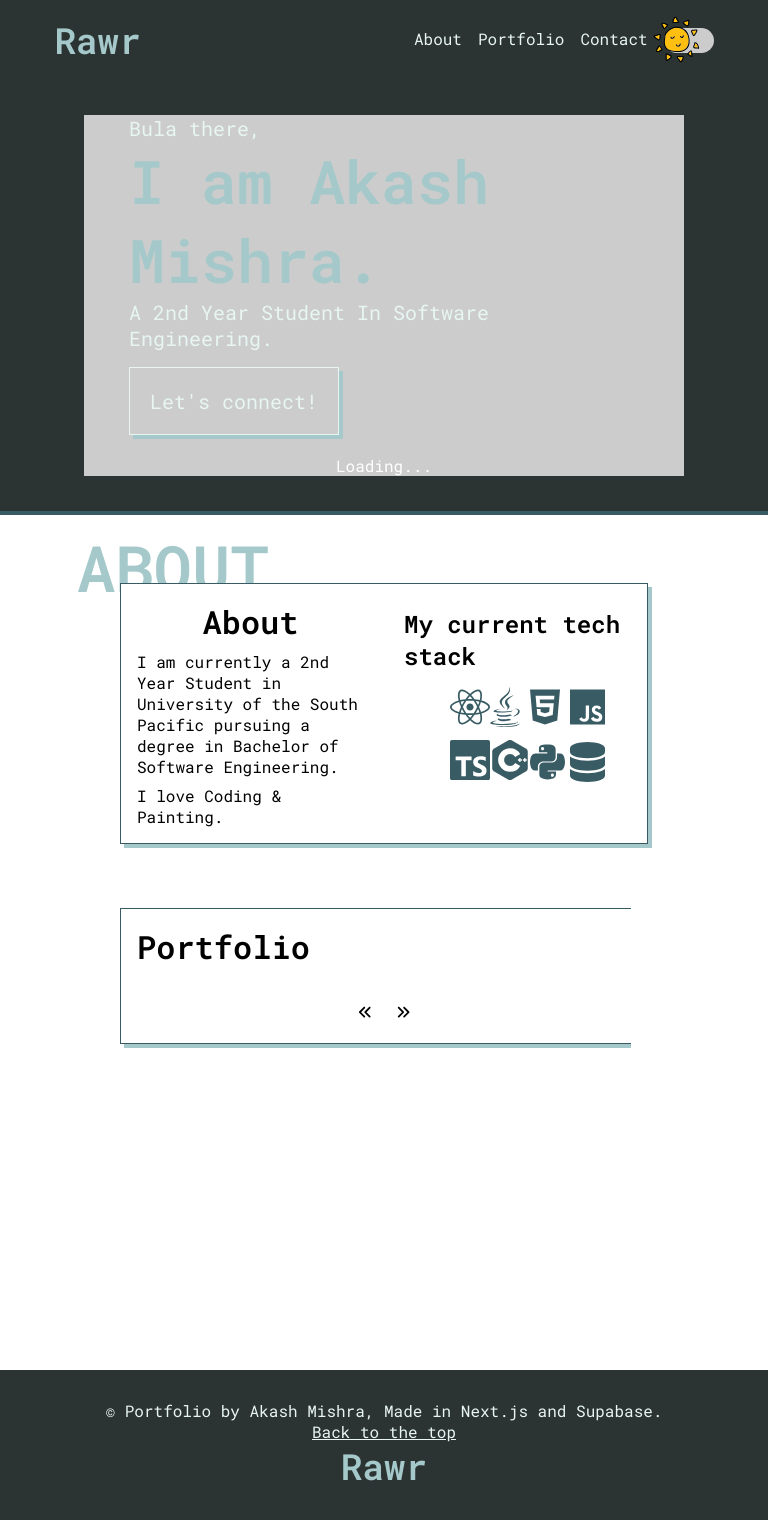
Repository: akashrawr/personal-portfolio
Page: /
The author's editor kept a copy of each file at every save. The page is drawn from the files as they stood at one save, then again after the next save.
The browser window is 768 px wide. The pictures show the whole page.
The page's requests for data from a server got no answer. The project was rebuilt for these pictures with package versions that can differ from the ones it lists, and the page was loaded fresh each time. The framework's server and built-in components were replaced by stand-ins that run in the browser. No one was signed in, and anything a server would have sent is missing. Also part of the build but not shown: next.config.ts.

Above is the page before, as saved 2025-01-03 20:50:31.

### app/layout.tsx
import type { Metadata } from "next";
import { Geist, Geist_Mono } from "next/font/google";
import "./globals.css";

const geistSans = Geist({
  variable: "--font-geist-sans",
  subsets: ["latin"],
});

const geistMono = Geist_Mono({
  variable: "--font-geist-mono",
  subsets: ["latin"],
});

export const metadata: Metadata = {
  title: "akashrawr",
  description: "Personal Portfolio",
};

export default function RootLayout({
  children,
}: Readonly<{
  children: React.ReactNode;
}>) {
  return (
    <html lang="en" translate="no"> {/* Prevent translation of the entire page */}
      <head>
        <meta charSet="UTF-8" />
        <meta httpEquiv="Content-Language" content="en" /> {/* Explicitly set content language */}
        <meta name="google" content="notranslate" /> {/* Inform Google to not translate */}
        <link rel="icon" href="/rawr.ico" type="image/x-icon" />
        <title>akashrawr</title>
        <meta name="description" content="My Personal Portfolio" />
      </head>
      <body className={`${geistSans.variable} ${geistMono.variable} antialiased`}>
        <div className="notranslate">
          {children}
        </div>
      </body>
    </html>
  );
}

### app/page.tsx
"use client"; // Enables client-side functionality
import React, { useState, useEffect } from "react";
import AOS from "aos";
import "aos/dist/aos.css";
import "./globals.css"; // Import global styles

// Import components
import Header from "./components/Header";
import Hero from "./components/Hero";
import About from "./components/About";
import Portfolio from "./components/Portfolio";
import Contact from "./components/Contact";
import Footer from "./components/Footer";

const Page: React.FC = () => {
  useEffect(() => {
    AOS.init({ once: true, delay: 0 });
  }, []);

  const [isNavVisible, setIsNavVisible] = useState(false);
  const [darkMode, setDarkMode] = useState(false);

  const toggleNav = () => {
    setIsNavVisible(!isNavVisible);
  };

  const toggleDarkMode = () => {
    setDarkMode(!darkMode);
    document.body.classList.toggle("dark-mode", !darkMode);
  };

  return (
    <div>
      <Header
        isNavVisible={isNavVisible}
        toggleNav={toggleNav}
        darkMode={darkMode}
        toggleDarkMode={toggleDarkMode}
      />
      <main>
        <Hero />
        <About />
        <Portfolio />
        <Contact />
      </main>
      <Footer />
    </div>
  );
};

export default Page;

### app/globals.css
@import url("https://fonts.googleapis.com/css2?family=Roboto+Mono:wght@300;400;600&display=swap");

:root {
  --primary-color: #2c3333;
  --secondary-color: #395b64;
  --accent-1: #a5c9ca;
  --accent-2: #e7f6f2;
  --neutral-1: black;
  --neutral-2: white;
  --neutral-3: white;
  --neutral-4: black;
  --icon-1: #395b64;

  --dark-primary-color: #121212;
  --dark-secondary-color: #1f1f1f;
  --dark-accent-1: #6c757d;
  --dark-accent-2: #adb5bd;
  --dark-neutral-1: #ffffff;
  --dark-neutral-2: #121212;
  --dark-neutral-3:#1f1f1f;
  --dark-neutral-4: #938f8f;
  --dark-icon-1: #938f8f;

}

*,
*::after,
*::before {
  margin: 0;
  padding: 0;
  font-family: "Roboto Mono", monospace;
  box-sizing: border-box;


}

html {
  scroll-behavior: smooth;
}

body {
  overflow-x: hidden;
  background-color: var(--neutral-3);
  color: var(--neutral-1);
  font-family: "Roboto Mono", monospace;
}

body.dark-mode {
  --primary-color: var(--dark-primary-color);
  --secondary-color: var(--dark-secondary-color);
  --accent-1: var(--dark-accent-1);
  --accent-2: var(--dark-accent-2);
  --neutral-1: var(--dark-neutral-1);
  --neutral-2: var(--dark-neutral-2);
  --neutral-3: var(--dark-neutral-3);
  --neutral-4: var(--dark-neutral-4);
  --icon-1:var(--dark-icon-1);
}


/* Navbar styles */

header {
  display: flex;
  align-items: center;
  justify-content: center;

  max-width: 100vw;
  background-color: var(--primary-color);
}

a {
  font-size: 14px;
  text-decoration: none;
}

h1 {
  font-family: "Roboto Mono", monospace;
}

.navbar-nav {
  display: flex;
  align-items: center;
  justify-content: space-between;
  background-color: var(--primary-color);
  padding: 1rem;
  width: 90%;
}

.nav-logo {
  grid-column: 1;
}

.nav-logo > h1 {
  font-size: 30px;
  color: var(--accent-1);
}

.primary-nav {
  display: flex;
  list-style: none;
  gap: 16px;

  grid-column: 2;
  justify-self: end;
}

.mobile-nav-toggle {
  display: none;
  cursor: pointer;
}

.nav-link:link,
.nav-link:visited {
  font-size: 16px;
  color: var(--accent-2);

  transition: 300ms ease-in-out;
}

.nav-link:hover {
  font-weight: 600;
  color: var(--accent-1);
}

.user-icon {
  width: 24px;
  height: 24px;
  fill: var(--accent-1);
  transition: fill 0.3s ease;
}

.user-icon:hover {
  fill: var(--accent-1);
}

/* Dark mode toggle button */
.theme-toggle {
  background: none;
  border: none;
  cursor: pointer;
  padding: 8px;
  display: flex;
  align-items: center;
}

.nav-icons {
  --size: 30px;
  width: var(--size);
  aspect-ratio: 1;
  cursor: pointer;
}



@media only screen and (max-width: 35em) {
  .primary-nav {
    position: fixed;
    top: 0;
    right: 0;
    bottom: 0;
    width: 125px;

    flex-direction: column;
    padding: min(15vh, 3rem) 1rem;
    background-color: var(--primary-color);
    border-left: 2px solid rgb(111, 111, 111); /* Add this line for the left border */

    z-index: 9999;

    transform: translateX(100%);
    transition: transform 350ms ease-out;
  }


  .nav-link:link,
  .nav-link:visited {
    font-size: 15px;
    color: var(--accent-1);
  }

  .primary-nav[data-visible="true"] {
    transform: translateX(0%);
  }

  .mobile-nav-toggle[aria-expanded="true"] {
    background: url('data:[embedded picture, 416 characters]') center center no-repeat;
  }

  .mobile-nav-toggle {
    display: block;
    position: absolute;
    background: url('data:[embedded picture, 417 characters]') center center no-repeat;

    width: 1.25rem;
    aspect-ratio: 1;

    border: none;

    top: 1.4rem;
    right: 2.5rem;
    z-index: 10000;

    transition: 250ms ease-in-out;
  }
}

/* Section styles */

section {
  display: flex;
  align-items: center;
  justify-content: center;

  max-width: 100vw;
  position: relative;
}

/* HERO SECTION */
#hero {
  background-color: var(--primary-color);
  border-bottom: 4px solid var(--icon-1);
  padding: 2.2rem;
}

/* Main container for text and image */
.hero-main-container {
  display: flex;
  flex-wrap: wrap;
  align-items: center;
  justify-content: space-between;
  gap: 16px;
}

/* Text Container */
.hero-container {
  flex: 1;
  display: flex;
  flex-direction: column;
  gap: 16px;
  padding: 2.2rem;
  width: 90%;
  height: 350px;
  animation: fade-in 500ms linear forwards;
}

.hero-text-container > h2 {
  font-size: 28px;
  color: var(--accent-1);
}

.hero-text-container > p {
  font-size: 12px;
  color: var(--accent-2);
}

.hero-button {
  align-self: flex-start;

  font-size: 14px;
  padding: 1em;

  color: var(--accent-2);
  background-color: transparent;

  border: 1px solid var(--accent-2);
  box-shadow: 4px 4px 0px var(--accent-1);

  transition: 300ms ease-in-out;
}

.hero-button:hover {
  background-color: var(--accent-2);
  color: var(--primary-color);
  box-shadow: 6px 6px 0px var(--secondary-color);
}

/* Image Container */
.hero-img {
  flex: 1;
  display: flex;
  justify-content: center;
  align-items: center;
}

.hero-image {
  max-width: 50%;
  height: auto;
  border-radius: 10px;
  box-shadow: 0 4px 8px rgba(0, 0, 0, 0.1);
  border: 1px solid var(--secondary-color);
  background-color: var(--neutral-2);
  box-shadow: 4px 4px 0px var(--accent-1);
}

.hero-img p{
color:white;
}


/* Responsive Styles */
@media screen and (max-width: 768px) {
  .hero-main-container {
    flex-direction: column;
    background-color:#ccc;
    padding: 0;
    width: 600px;
    gap: 0;
    margin: 0 auto; /* Optional: Center the container */
  }
  .hero-img {
    margin-top: 20px;
  }
  .hero-container, .hero-image {
    max-width: 85%;
    height: auto;
    padding: 0;
    margin: 0 auto;
  }
  .hero-text-container {
    text-align: left;
    background-color:#ccc;
    padding: 0;
    width: 100%;
    gap: 0;
    margin: 0 auto;
  }


}
.hero-text-container > h2 {
  font-size: 28px;
  color: var(--accent-1);
}
.hero-text-container > p {
  font-size: 12px;
}
.project-card > h3 {
  font-size: 12px;
  color: var(--secondary-color);
}

/* ABOUT */

#about {
  padding: 2rem;
  margin-top: 36px;
  animation: fade-in 500ms linear forwards;

}

.wave-asset {
  width: 100%;
  position: absolute;

  top: 0;
  left: 0;
}

.about-container {
  display: flex;
  align-items: center;
  justify-content: center;
  background-color: var(--neutral-2);
  width: 90%;
  z-index: 999;
}

.about-card,
.portfolio-card,
.contact-card {
  display: flex;
  flex-direction: column;
  gap: 16px;
  border: 1px solid var(--secondary-color);
  background-color: var(--neutral-2);

  width: 100%;
  padding: 1rem;

  box-shadow: 4px 4px 0px var(--accent-1);
}

.about-content,
.portfolio-content {
  width: 100%;
  display: flex;
  flex-direction: column;
  gap: 8px;
}

.about-content > h2,
.about-content > h3 {
  color: var(--neutral-4);
}

.about-content > p {
  font-size: 12px;
  color: var(--neutral-4);
}

.tech-stack-grid {
  width: 65%;
  display: grid;
  grid-template-columns: repeat(4, 1fr);
  place-items: center;
}

.tech-stack {
  --size: 30px;
  width: var(--size);
  aspect-ratio: 1;
}

/* Portfolio container */

#portfolio {
  padding: 2rem;
  animation: fade-in 500ms linear forwards;
}

.portfolio-container {
  width: 90%;
  z-index: 999;
}

.project-container {
  display: grid;
  grid-template-columns: repeat(2, 1fr);
  gap: 16px;
}

.portfolio-content > h2 {
  color: var(--neutral-4);
}

.project-card {
  display: flex;
  flex-direction: column;
  gap: 4px;

  padding: 1rem;
  border-radius: 8px;
  border: 1px solid var(--accent-1);
}

.project-card > h3 {
  color: var(--neutral-4);
}

.project-card > h5 {
  color: var(--neutral-4);
  opacity: 0.5;
}

.project-card > p {
  font-size: 12px;
  width: 100%;
  display: -webkit-box;
  -webkit-box-orient: vertical;
  -webkit-line-clamp: 3;
  overflow: hidden;
  color: var(--neutral-4);
}

.project-img {
  width: 100%;
  aspect-ratio: 16/9;
}

.project-card-links {
  align-self: flex-end;

  margin-top: 10px;
  display: flex;
  align-items: center;
  gap: 12px;
}

.project-icons {
  --size: 20px;
  width: var(--size);
  aspect-ratio: 1;
}

.project-card-links > a {
  display: flex;
  align-items: center;
  color: var(--neutral-4);
  font-size: 10px;
  gap: 4px;
}

.project-card-links > a:link,
.project-card-links > a:visited {

  color: var(--neutral-4);
}

.project-card-links > a:hover {
  font-weight: 600;
  color: var(--accent-1);
}

/* CONTACT */
#contact {
  padding: 2rem;
  animation: fade-in 500ms linear forwards;
}

.contact-container {
  width: 90%;
  z-index: 999;
}

.contact-card {
  width: 100%;
  gap: 12px;
}
.contact-card > h2 {
    color: var(--neutral-4);
}

.contact-card > p {
  font-size: 12px;
  color: var(--neutral-4);
}

.contact-links {
  display: flex;
  flex-direction: column;
  gap: 8px;
}

.contact-links > a {
  display: flex;
  align-items: center;
  gap: 8px;
}

.contact-links > a:link,
.contact-links > a:visited {
  color: var(--neutral-4);
}

.contact-links > a:hover {
  font-weight: 600;
  color: var(--accent-1);
}
.contact-icons {
  --size: 20px;
  width: var(--size);
  aspect-ratio: 1;
}

/* extras */
.section-highlight {
  font-size: 4rem;
  font-weight: 600;
  opacity: 0.5;
  color: var(--accent-1);

  position: absolute;
  top: 0;
  left: 100px;
}

/* footer */
footer {
  display: flex;
  align-items: center;
  justify-content: center;
  color: var(--accent-2);
  max-width: 100vw;
  background-color: var(--primary-color);
  min-height: 150px;
}

.footer-content {
  text-align: center;
  font-size: 12px;
  width: 90%;

  color: var(--accent-2);
}

.footer-content > p {
  text-decoration: underline;
}

.footer-content > a {
  text-decoration: underline;
}

.footer-content > a:link,
.footer-content > a:visited {
  color: var(--accent-2);
}

.footer-content > a:hover {
  color: var(--accent-1);
}
/* media queries */

@media only screen and (max-width: 35em) {
  .hero-container {
    padding: 1rem;
    height: 200px;
  }
  .project-container {
    grid-template-columns: 1fr;
  }
  .tech-stack-grid {
    width: 100%;
  }
  .section-highlight {
    font-size: 3.5rem;
    top: -16px;
    left: 6vw;
  }
}

@media only screen and (min-width: 35em) {
  .hero-container {
    height: 250px;
  }
  .about-container,
  .portfolio-container,
  .contact-container {
    width: 75%;
  }

  .about-card,
  .portfolio-card {
    align-items: center;
    justify-content: center;
    flex-direction: row;
    gap: 20px;
  }

  .section-highlight {
    top: -26px;
    left: 10vw;
  }
}

@media only screen and (min-width: 768px) {
  .nav-logo > h1 {
    font-size: 36px;
  }

  /* hero */
  .hero-container {
    height: 350px;
  }

  .hero-text-container > p {
    font-size: 20px;
  }

  .hero-text-container > h2 {
    font-size: 60px;
  }

  .hero-button {
    font-size: 20px;
  }

  /* about */
  .about-card {
    gap: 40px;
  }

  .about-content > h2 {
    font-size: 32px;
  }

  .about-content > h3 {
    font-size: 24px;
  }

  .about-content > p {
    font-size: 16px;
  }

  .tech-stack-section {
    align-self: flex-start;
    margin-top: 8px;
  }

  .tech-stack {
    --size: 40px;
    width: var(--size);
    aspect-ratio: 1;
  }

  /* portfolio */
  .portfolio-content > h2 {
    font-size: 32px;
  }

  .project-card > h3 {
    font-size: 24px;
  }

  .project-card > h5,
  .project-card > p {
    font-size: 16px;
  }

  .project-card-links > a {
    font-size: 16px;
  }

  /* contacts */
  .contact-card > h2 {
    font-size: 32px;
  }

  .contact-card > p {
    font-size: 16px;
  }

  .contact-links > a {
    font-size: 16px;
  }
  .footer-content,
  .footer-content > a {
    font-size: 16px;
  }
}

@media only screen and (min-width: 1024px) {
  .section-highlight {
    top: -26px;
    left: 10vw;
  }
}

@keyframes fade-in {
  0% {
    opacity: 0;
  }
  100% {
    opacity: 1;
  }
}

/* Adjust specific sections as needed for React-specific behaviors */
.primary-nav.visible {
  transform: translateX(0%);
}

/* The switch - the box around the slider */
.switch {
  position: relative;
  display: inline-block;
  width: 50px;
  height: 25px;
}

/* Hide default HTML checkbox */
.switch input {
  opacity: 0;
  width: 0;
  height: 0;
}

/* The slider */
.slider {
  position: absolute;
  cursor: pointer;
  top: 0;
  left: 0;
  right: 0;
  bottom: 0;
  background-color: #ccc;
  -webkit-transition: .4s;
  transition: .4s;
  border-radius: 25px; /* Rounded edges for the slider */
  display: flex;

  align-items: center;
}

/* Adjust the icon size to 48x48 pixels */
.slider .icon {
  position: absolute;
  width: 48px;
  height: 48px;
  transition: .4s;
}

/* When the input is checked (dark mode is on) */
input:checked + .slider {
  background-color: #3e4346; /* Change background color on check */
}

input:focus + .slider {
  box-shadow: 0 0 1px #2196F3;
}

/* Move the icons when the input is checked (dark mode) */
input:checked + .slider .icon {
  transform: translateX(20px); /* Move the icon to the right */
}

/* Default state (light mode) */
input:not(:checked) + .slider .icon {
  transform: translateX(-15px) translateY(-2px); /* Icon remains in the default position */
  width: 52px; /* Further reduced icon size for very small screens */
  height: 52px; /* Further reduced icon size for very small screens */
}

.about-icon {
  color: var(--icon-1); /* Change to any shade of blue you prefer */
  font-size: 3rem; /* Adjust size as needed */
  margin: 0.5rem;
}

.project-icons {
  margin-right: 0.5rem; /* Space between icon and text */
  font-size: 1.5rem; /* Adjust icon size */
  color: inherit; /* Match the color of the link */
}

.contact-icons {
  margin-right: 0.5rem; /* Space between icon and text */
  font-size: 1.5rem; /* Adjust icon size */
  color: var(--icon-1);
}

/* Responsive Adjustments */
@media (max-width: 768px) {
  .about-icon {
    font-size: 2.5rem; /* Slightly smaller on smaller devices */
    margin: 0.4rem;
  }

  .project-icons {
    font-size: 1.2rem; /* Smaller icon size on smaller screens */
    margin-right: 0.4rem;
  }

  .contact-icons {
    font-size: 1.2rem; /* Smaller icon size on smaller screens */
    margin-right: 0.4rem;
  }
}

@media (max-width: 480px) {
  .about-icon {
    font-size: 2rem; /* Even smaller on very small devices */
    margin: 0.3rem;
  }

  .project-icons {
    font-size: 1rem; /* Further reduced icon size for very small screens */
    margin-right: 0.3rem;
  }

  .contact-icons {
    font-size: 1rem; /* Further reduced icon size for very small screens */
    margin-right: 0.3rem;
  }
}

.pagination {
  display: flex;
  justify-content: center;
  align-items: center;
  margin-top: 1rem;
}

.pagination a {
  color: var(--neutral-4);
  padding: 8px 16px;
  text-decoration: none;
}

.pagination a.active {
  background-color: #395b64;
  color: white;
}

.pagination a:disabled {
  color: grey;
  pointer-events: none;
}

/* Responsive Adjustments */
@media (max-width: 768px) {
  .pagination a {
    padding: 6px 12px; /* Smaller padding for smaller screens */
    font-size: 0.9rem; /* Slightly smaller font size */
  }

  .pagination {
    margin-top: 0.75rem; /* Adjust margin top for smaller screens */
  }
}

@media (max-width: 480px) {
  .pagination a {
    padding: 4px 8px; /* Even smaller padding for very small screens */
    font-size: 0.8rem; /* Smaller font size for very small screens */
  }

  .pagination {
    margin-top: 0.5rem; /* Adjust margin top for very small screens */
  }
}

### app/components/Hero.tsx
import React, { useEffect, useState } from 'react';
import supabase from '../utils/supabaseClient';  // Adjust path if in 'utils'
import Image from 'next/image';  // Import Image from next/image

function Hero() {
  const [heroImage, setHeroImage] = useState<string | null>(null);

  useEffect(() => {
    const fetchHeroImage = async () => {
      const { data, error } = await supabase
        .from('hero')  // Table name is 'hero'
        .select('image_path')        // Only selecting 'image_path' column
        .limit(1);                   // Limiting to only one result (first row)

      if (error) {
        console.error('Error fetching hero image:', error);
      } else {
        setHeroImage(data?.[0]?.image_path || null);
      }
    };

    fetchHeroImage();
  }, [supabase]); // Including 'supabase' as a dependency

  return (
    <section id="hero">
      <div className="hero-main-container">
        {/* Text and Button Container */}
        <div className="hero-container">
          <div className="hero-text-container" data-aos="fade-up">
            <p>Bula there,</p>
            <h2>I am Akash Mishra.</h2>
            <p>A 2nd Year Student In Software Engineering.</p>
          </div>
          <a href="#contact" className="hero-button" data-aos="fade-up">
            Let&apos;s connect!
          </a>
        </div>

        {/* Image Container */}
        <div className="hero-img" data-aos="fade-up">
          {heroImage ? (
            <Image
              className="hero-image"
              src={heroImage}
              alt="Akash"
              layout="responsive"
              width={500}
              height={500}
            />
          ) : (
            <p>Loading...</p>
          )}
        </div>
      </div>
    </section>
  );
}

export default Hero;

### app/components/Contact.tsx
import React from "react";
import { FontAwesomeIcon } from "@fortawesome/react-fontawesome";
import { faInstagram, faGithub, faLinkedin } from "@fortawesome/free-brands-svg-icons";
import { faEnvelope } from "@fortawesome/free-solid-svg-icons";

const Contact: React.FC = () => {
  return (
    <section id="contact">
      <h2 className="section-highlight" data-aos="fade-up">
        Contacts
      </h2>
      <div className="contact-container" data-aos="fade-up">
        <div className="contact-card">
          <h2>Contacts</h2>
          <p>You can contact me directly through these links</p>

          <div className="contact-links">
            <a href="https://www.instagram.com/_acnologxa" className="contact-link">
              <FontAwesomeIcon icon={faInstagram} className="contact-icons" />
              Instagram
            </a>

            <a href="mailto:akashkm553@gmail.com" className="contact-link">
              <FontAwesomeIcon icon={faEnvelope} className="contact-icons" />
              Email
            </a>

            <a href="https://www.linkedin.com/in/akashmishra-rawr" className="contact-link">
              <FontAwesomeIcon icon={faLinkedin} className="contact-icons" />
              LinkedIn
            </a>

            <a href="https://github.com/akashrawr" className="contact-link">
              <FontAwesomeIcon icon={faGithub} className="contact-icons" />
              Github
            </a>
          </div>
        </div>
      </div>
    </section>
  );
};

export default Contact;

### app/components/Footer.tsx
import React from 'react';

const Footer: React.FC = () => {
  return (
    <footer>
      <div className="footer-content">
        © Portfolio by Akash Mishra, Made in Next.js and Supabase. <br />
        <a href="#hero">Back to the top</a>
        <div className="nav-logo">
          <h1>Rawr</h1>
        </div>
      </div>
    </footer>
  );
};

export default Footer;

### app/utils/supabaseClient.ts
import { createClient } from '@supabase/supabase-js';

// Fetch environment variables
const supabaseUrl = process.env.NEXT_PUBLIC_SUPABASE_URL || '';
const supabaseKey = process.env.NEXT_PUBLIC_SUPABASE_KEY || '';

// Initialize the Supabase client
const supabase = createClient(supabaseUrl, supabaseKey);

export default supabase;

Loaded but not shown: app/components/Header.tsx (89 lines, source omitted); app/components/Portfolio.tsx (139 lines, source omitted); app/components/About.tsx (59 lines, source omitted)

After the next save:
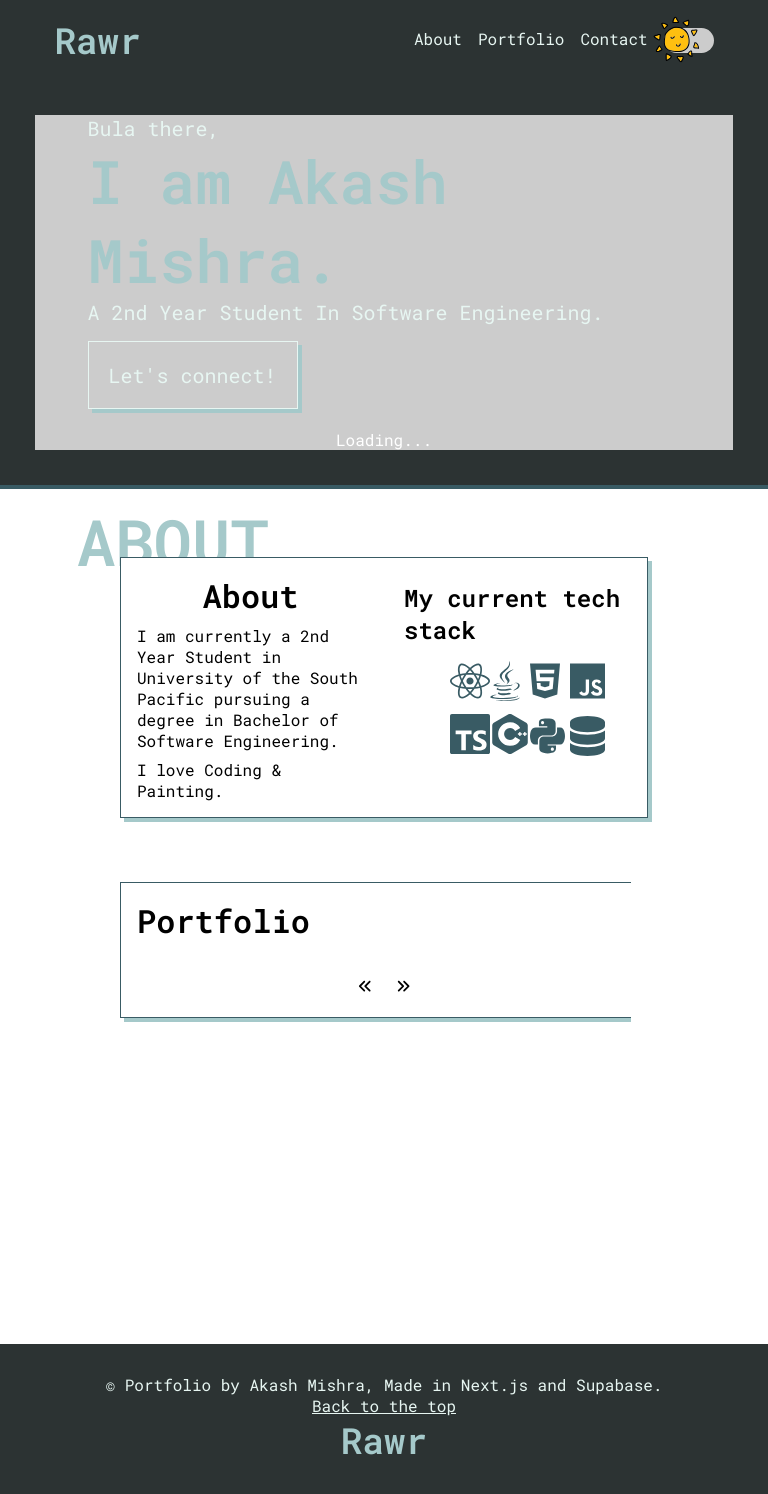
Saved 15 s later.
--- a/app/globals.css
+++ b/app/globals.css
@@ -304,7 +304,7 @@ color:white;
     flex-direction: column;
     background-color:#ccc;
     padding: 0;
-    width: 600px;
+    width: 800px;
     gap: 0;
     margin: 0 auto; /* Optional: Center the container */
   }
